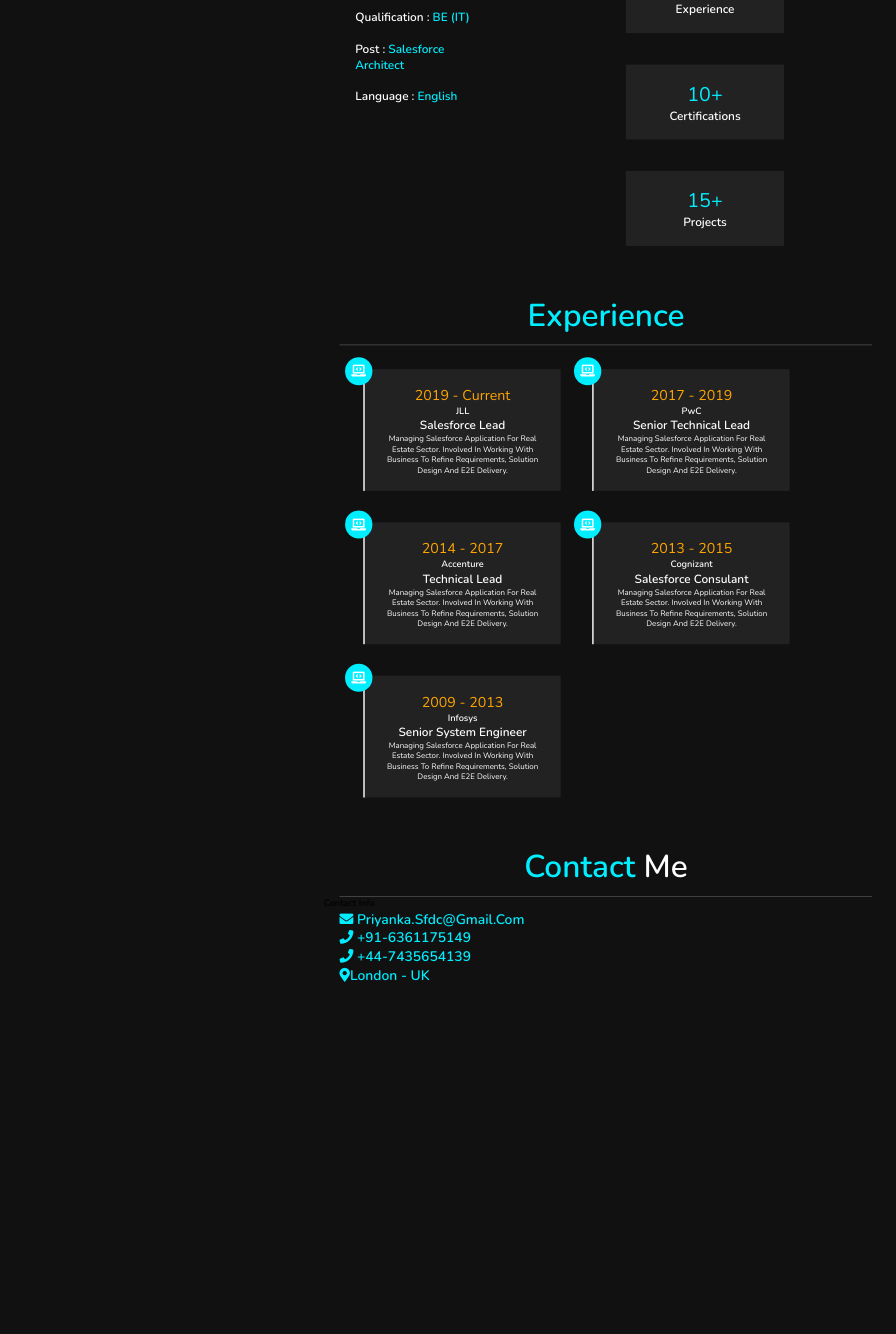
Repository: priyanka-bishnoi/PortfolioPage
Page: MyPage.html
These files come from the project's save history. The page is drawn as it stood at one moment and after the next save; the edit follows.
The browser window is 1280 px wide. The pictures show the part of the page from y = 1086 to 3006 px (the page is 2991 px tall before and 3006 px after), at 70% of full size.

Above is the page before, as saved 2022-10-09 15:40:14.

After the next save:
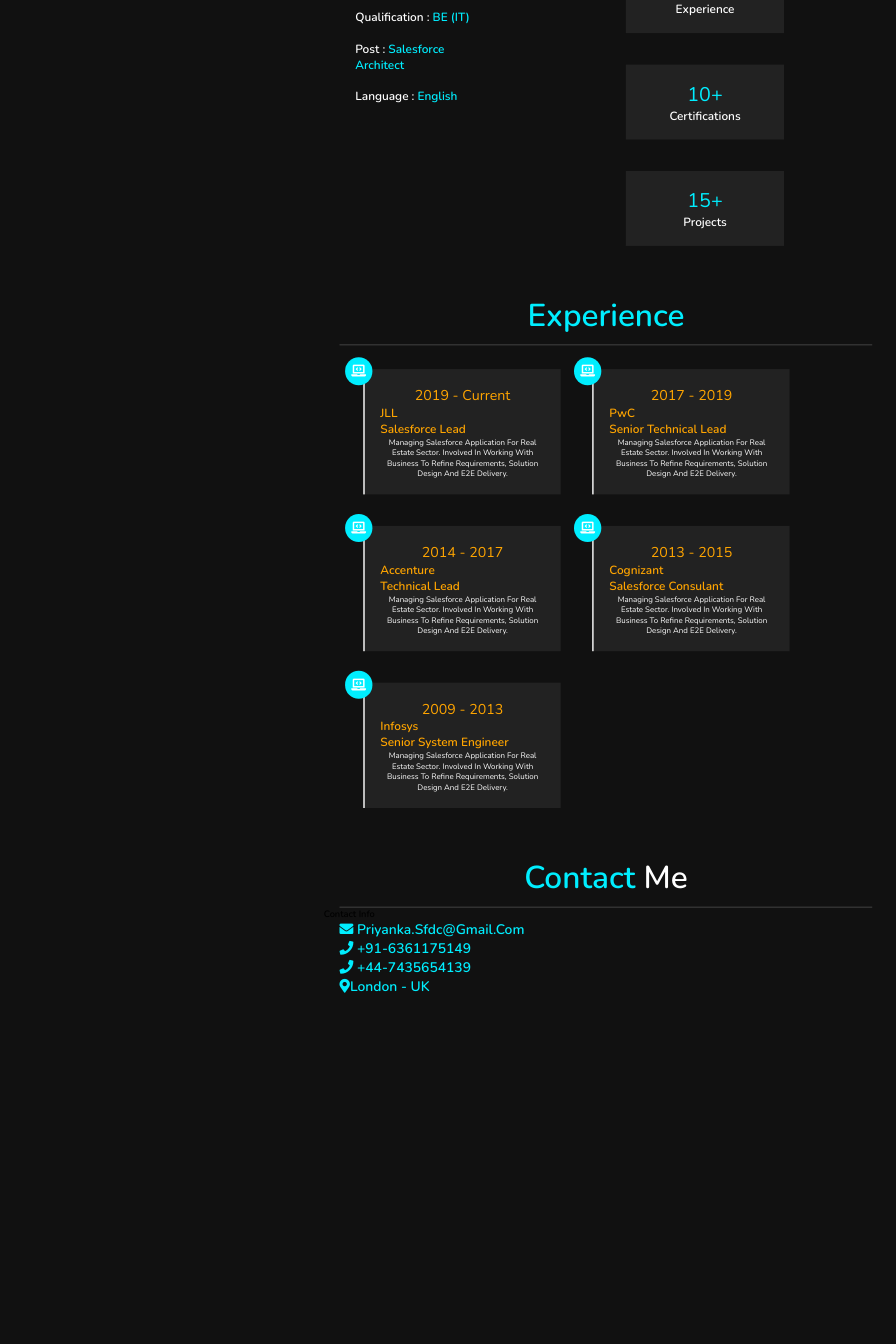
Saved 39 s later.
--- a/css/style.css
+++ b/css/style.css
@@ -233,8 +233,20 @@ header .navBar ul li a:hover{
 
 .experience .exp .box span{
 
-    text-align: center;
+    text-align: left;
     font-size: 1.8rem;
+    color:orange;
+}
+.experience .exp .box h3{
+
+    text-align: left;
+    font-size: 1.5rem;
+    color:orange;
+}
+.experience .exp .box h2{
+
+    text-align: left;
+    font-size: 1.5rem;
     color:orange;
 }
 
